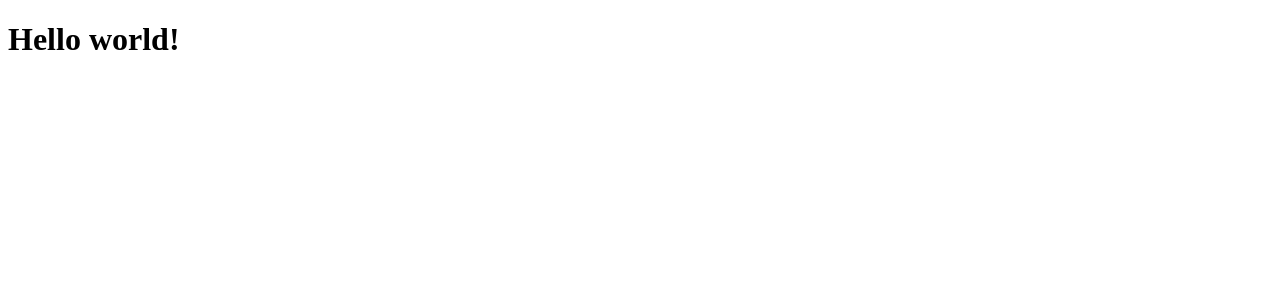
Repository: hisouske/test0325
Page: demo/test0325/src/main/resources/templates/hello.html
The author's editor kept a copy of each file at every save. The page is drawn from the files as they stood at one save, then again after the next save.
The browser window is 1280 px wide. The pictures show the whole page.

Above is the page before, as saved 2020-03-27 10:33:26.

### demo/test0325/src/main/resources/templates/hello.html
<!DOCTYPE html>
<html xmlns="http://www.w3.org/1999/xhtml" xmlns:th="https://www.thymeleaf.org"
      xmlns:sec="https://www.thymeleaf.org/thymeleaf-extras-springsecurity3">
    <head>
        <title>Hello World!</title>
    </head>
    <body>
        <h1>Hello world!</h1>
    </body>
</html>

After the next save:
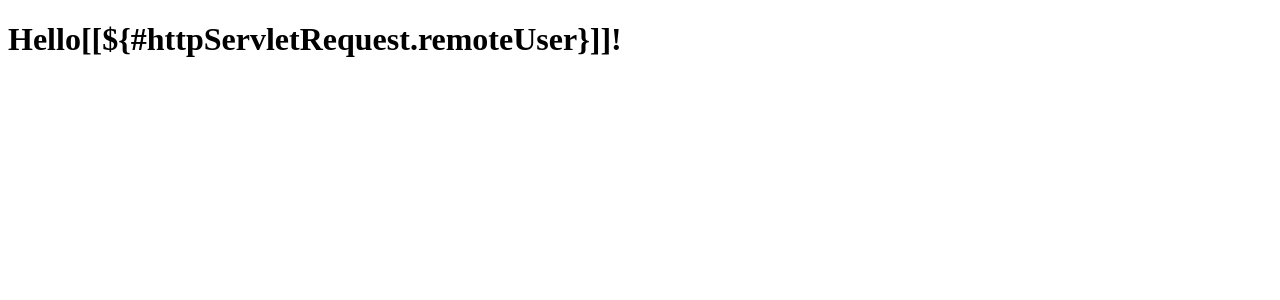
Saved 4 days later.
--- a/demo/test0325/src/main/resources/templates/hello.html
+++ b/demo/test0325/src/main/resources/templates/hello.html
@@ -5,6 +5,5 @@
         <title>Hello World!</title>
     </head>
     <body>
-        <h1>Hello world!</h1>
-    </body>
+        <h1 th:inline = "text"> Hello[[${#httpServletRequest.remoteUser}]]!</h1>
 </html>
